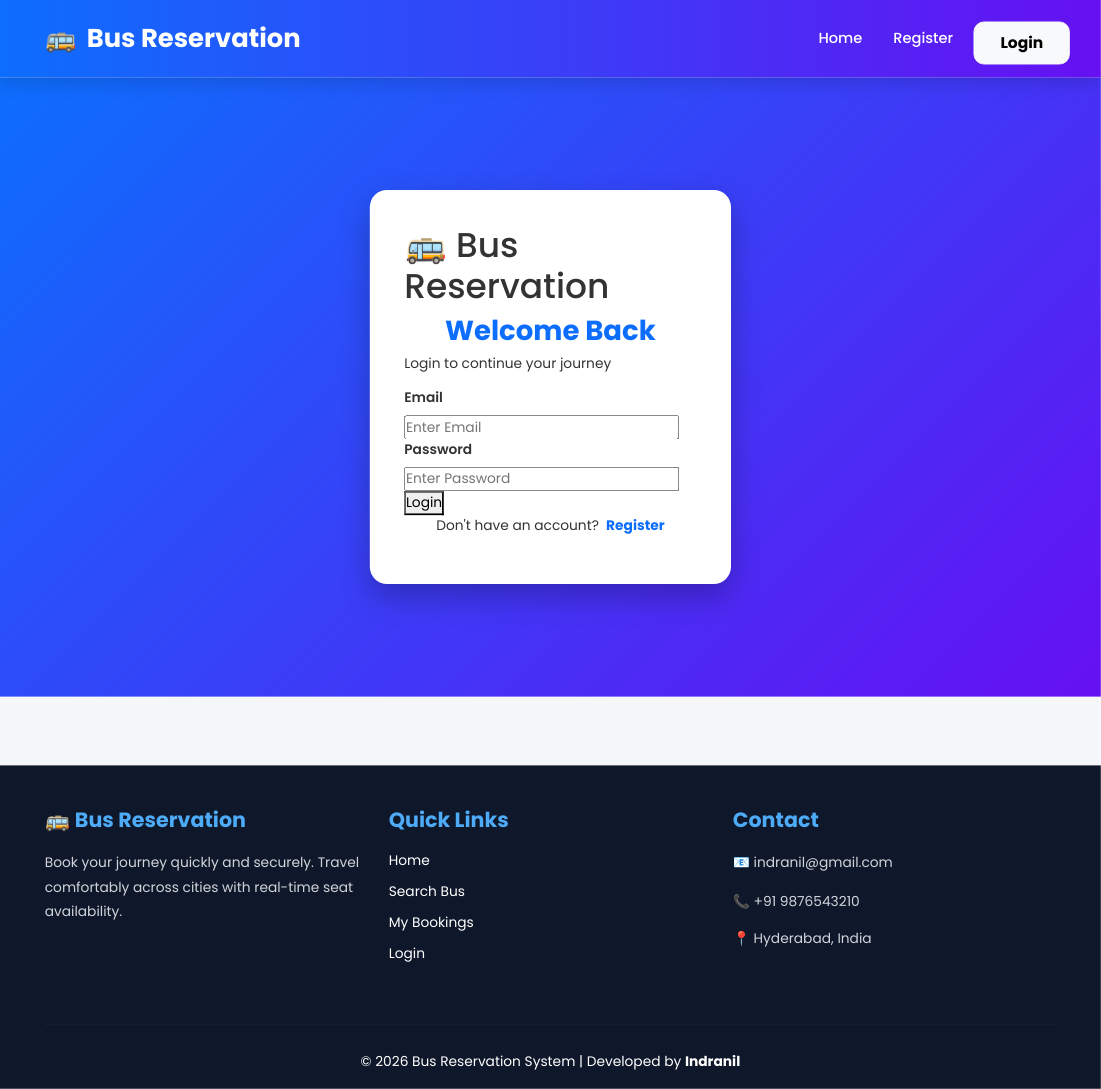
Repository: Eswarabhinay06/Bus-Reservation-System
Page: /login (app in AIML-09-Bus-Reservation-System-main/bus-reservation-frontend/)
The author's editor kept a copy of each file at every save. The page is drawn from the files as they stood at one save, then again after the next save.
The browser window is 1280 px wide. The pictures show the whole page, at 86% of full size.
The project was rebuilt for these pictures with package versions that can differ from the ones it lists, and the page was loaded fresh each time. Also part of the build but not shown: AIML-09-Bus-Reservation-System-main/bus-reservation-frontend/vite.config.js, AIML-09-Bus-Reservation-System-main/bus-reservation-frontend/src/styles/Hero.css, AIML-09-Bus-Reservation-System-main/bus-reservation-frontend/src/components/Hero.jsx, AIML-09-Bus-Reservation-System-main/bus-reservation-frontend/src/components/SearchBar.jsx, AIML-09-Bus-Reservation-System-main/bus-reservation-frontend/src/styles/BusCard.css, AIML-09-Bus-Reservation-System-main/bus-reservation-frontend/src/components/BusCard.jsx, AIML-09-Bus-Reservation-System-main/bus-reservation-frontend/src/styles/SeatSelection.css, AIML-09-Bus-Reservation-System-main/bus-reservation-frontend/src/components/SeatSelection.jsx and 7 more.

Above is the page before, as saved 2026-07-14 11:20:54.

### AIML-09-Bus-Reservation-System-main/bus-reservation-frontend/index.html
<!doctype html>
<html lang="en">

<head>

  <meta charset="UTF-8" />

  <meta
    name="viewport"
    content="width=device-width, initial-scale=1.0"
  />

  <title>Bus Reservation System</title>

  <meta
    name="description"
    content="Online Bus Reservation System"
  />

  <link
    rel="preconnect"
    href="https://fonts.googleapis.com"
  />

  <link
    rel="preconnect"
    href="https://fonts.gstatic.com"
    crossorigin
  />

  <link
    href="https://fonts.googleapis.com/css2?family=Poppins:wght@300;400;500;600;700;800&display=swap"
    rel="stylesheet"
  />

</head>

<body>

  <div id="root"></div>

  <script
    type="module"
    src="/src/main.jsx"
  ></script>

</body>

</html>

### AIML-09-Bus-Reservation-System-main/bus-reservation-frontend/src/main.jsx
import { StrictMode } from 'react'
import { createRoot } from 'react-dom/client'
import 'bootstrap/dist/css/bootstrap.min.css'   // Add this line
import './index.css'
import App from './App.jsx'
import "bootstrap-icons/font/bootstrap-icons.css";

createRoot(document.getElementById('root')).render(
  <StrictMode>
    <App />
  </StrictMode>,
)

### AIML-09-Bus-Reservation-System-main/bus-reservation-frontend/src/index.css
* {
  margin: 0;
  padding: 0;
  box-sizing: border-box;
  font-family: "Poppins", sans-serif;
}

body {
  background: #f5f7fb;
  overflow-x: hidden;
  color: #333;
}

a {
  text-decoration: none;
}

button {
  cursor: pointer;
}

img {
  max-width: 100%;
}

.container {
  max-width: 1200px;
}

### AIML-09-Bus-Reservation-System-main/bus-reservation-frontend/src/App.jsx
import { BrowserRouter, Routes, Route } from "react-router-dom";

import Navbar from "./components/Navbar";
import Footer from "./components/Footer";
import SearchBus from "./pages/SearchBus";
import Register from "./pages/Register";
import Login from "./pages/Login";
import MyBookings from "./pages/MyBookings";
import AddBus from "./pages/AddBus";

function App() {
  return (
    <BrowserRouter>

      <Navbar />

      <Routes>

        <Route path="/" element={<SearchBus />} />

        <Route
          path="/register"
          element={<Register />}
        />

        <Route
          path="/login"
          element={<Login />}
        />

        <Route
          path="/my-bookings"
          element={<MyBookings />}
        />

        <Route
          path="/add-bus"
          element={<AddBus />}
        />

      </Routes>

      <Footer />

    </BrowserRouter>
  );
}

export default App;

### AIML-09-Bus-Reservation-System-main/bus-reservation-frontend/src/components/Navbar.jsx
import { Link, useNavigate } from "react-router-dom";
import "../styles/Navbar.css";

function Navbar() {
  const navigate = useNavigate();
  const user = JSON.parse(localStorage.getItem("user"));

  const logout = () => {
    localStorage.removeItem("user");
    alert("Logged out Successfully!");
    navigate("/login");
  };

  return (
    <nav className="navbar navbar-expand-lg custom-navbar sticky-top">

      <div className="container">

        {/* Logo */}
        <Link className="navbar-brand" to="/">
          🚌 <span>Bus Reservation</span>
        </Link>

        {/* Mobile Toggle */}
        <button
          className="navbar-toggler"
          type="button"
          data-bs-toggle="collapse"
          data-bs-target="#navbarNav"
        >
          <span className="navbar-toggler-icon"></span>
        </button>

        {/* Menu */}
        <div className="collapse navbar-collapse" id="navbarNav">

          <ul className="navbar-nav ms-auto align-items-lg-center">

            <li className="nav-item">
              <Link className="nav-link" to="/">
                Home
              </Link>
            </li>

            {!user ? (
              <>
                <li className="nav-item">
                  <Link className="nav-link" to="/register">
                    Register
                  </Link>
                </li>

                <li className="nav-item">
                  <Link className="btn btn-light login-btn ms-lg-3" to="/login">
                    Login
                  </Link>
                </li>
              </>
            ) : (
              <>
                <li className="nav-item">
                  <Link className="nav-link" to="/my-bookings">
                    My Bookings
                  </Link>
                </li>

                <li className="nav-item">
                  <Link className="nav-link" to="/add-bus">
                    Add Bus
                  </Link>
                </li>

                <li className="nav-item">
                  <span className="welcome-text">
                    👋 {user.name}
                  </span>
                </li>

                <li className="nav-item">
                  <button
                    className="btn btn-danger logout-btn ms-lg-3"
                    onClick={logout}
                  >
                    Logout
                  </button>
                </li>
              </>
            )}

          </ul>

        </div>

      </div>

    </nav>
  );
}

export default Navbar;

### AIML-09-Bus-Reservation-System-main/bus-reservation-frontend/src/components/Footer.jsx
import "../styles/Footer.css";

function Footer() {
  return (
    <footer className="footer">

      <div className="container">

        <div className="row">

          {/* About */}
          <div className="col-md-4 mb-4">
            <h4>🚌 Bus Reservation</h4>
            <p>
              Book your journey quickly and securely.
              Travel comfortably across cities with
              real-time seat availability.
            </p>
          </div>

          {/* Quick Links */}
          <div className="col-md-4 mb-4">
            <h4>Quick Links</h4>

            <ul className="footer-links">
              <li>Home</li>
              <li>Search Bus</li>
              <li>My Bookings</li>
              <li>Login</li>
            </ul>
          </div>

          {/* Contact */}
          <div className="col-md-4 mb-4">
            <h4>Contact</h4>

            <p>📧 indranil@gmail.com</p>
            <p>📞 +91 9876543210</p>
            <p>📍 Hyderabad, India</p>
          </div>

        </div>

        <hr />

        <div className="text-center">
          © 2026 Bus Reservation System | Developed by <b>Indranil</b>
        </div>

      </div>

    </footer>
  );
}

export default Footer;

### AIML-09-Bus-Reservation-System-main/bus-reservation-frontend/src/pages/Login.jsx
import { useState } from "react";
import { Link, useNavigate } from "react-router-dom";
import api from "../services/api";
import "../styles/Login.css";

function Login() {
  const navigate = useNavigate();

  const [form, setForm] = useState({
    email: "",
    password: "",
  });

  const handleSubmit = async (e) => {
    e.preventDefault();

    if (!form.email || !form.password) {
      alert("Please enter Email and Password");
      return;
    }

    try {
      const response = await api.post("/auth/login", form);

      localStorage.setItem("user", JSON.stringify(response.data));

      alert("Welcome " + response.data.name);

      navigate("/");
    } catch (error) {
      console.error(error);
      alert("Invalid Email or Password");
    }
  };

  return (
    <div className="login-page">

      <div className="login-card">

        <h1 className="logo">
          🚌 Bus Reservation
        </h1>

        <h2>Welcome Back</h2>

        <p className="subtitle">
          Login to continue your journey
        </p>

        <form onSubmit={handleSubmit}>

          <label>Email</label>

          <input
            type="email"
            placeholder="Enter Email"
            value={form.email}
            onChange={(e) =>
              setForm({
                ...form,
                email: e.target.value,
              })
            }
          />

          <label>Password</label>

          <input
            type="password"
            placeholder="Enter Password"
            value={form.password}
            onChange={(e) =>
              setForm({
                ...form,
                password: e.target.value,
              })
            }
          />

          <button type="submit">
            Login
          </button>

        </form>

        <p className="register-link">
          Don't have an account?
          <Link to="/register"> Register</Link>
        </p>

      </div>

    </div>
  );
}

export default Login;

### AIML-09-Bus-Reservation-System-main/bus-reservation-frontend/src/styles/Navbar.css
.custom-navbar{
    background:linear-gradient(90deg,#0d6efd,#6610f2);
    padding:15px 0;
    box-shadow:0 5px 20px rgba(0,0,0,.15);
}

.navbar-brand{
    color:white !important;
    font-size:30px;
    font-weight:700;
    text-decoration:none;
}

.navbar-brand span{
    margin-left:5px;
}

.nav-link{
    color:white !important;
    font-size:17px;
    font-weight:500;
    margin-left:20px;
    transition:.3s;
}

.nav-link:hover{
    color:#ffd43b !important;
}

.login-btn{
    border-radius:30px;
    padding:10px 22px;
    font-weight:600;
}

.logout-btn{
    border-radius:30px;
    padding:10px 20px;
}

.welcome-text{
    color:#ffd43b;
    font-weight:bold;
    margin-left:20px;
}

.navbar-toggler{
    border:none;
}

.navbar-toggler:focus{
    box-shadow:none;
}

@media(max-width:992px){

.nav-link{
    margin-left:0;
    margin-top:10px;
}

.login-btn,
.logout-btn{
    margin-top:15px;
    width:100%;
}

.welcome-text{
    margin:15px 0;
    display:block;
}

}

### AIML-09-Bus-Reservation-System-main/bus-reservation-frontend/src/styles/Footer.css
.footer{
    background:#0f172a;
    color:white;
    padding:50px 0 20px;
    margin-top:80px;
}

.footer h4{
    margin-bottom:20px;
    color:#4dabf7;
    font-weight:bold;
}

.footer p{
    color:#d1d5db;
    line-height:1.8;
}

.footer-links{
    list-style:none;
    padding:0;
}

.footer-links li{
    margin-bottom:12px;
    cursor:pointer;
    transition:.3s;
}

.footer-links li:hover{
    color:#4dabf7;
    transform:translateX(5px);
}

.footer hr{
    border-color:#334155;
    margin:30px 0;
}

### AIML-09-Bus-Reservation-System-main/bus-reservation-frontend/src/services/api.js
import axios from "axios";

const api = axios.create({
  baseURL: "http://localhost:9090/api",
});

export default api;

### AIML-09-Bus-Reservation-System-main/bus-reservation-frontend/src/styles/Login.css
.login-page{

    min-height:100vh;
    display:flex;
    justify-content:center;
    align-items:center;
    background:linear-gradient(135deg,#0d6efd,#6610f2);

}

.login-card{

    background:white;
    width:420px;
    padding:40px;
    border-radius:20px;
    box-shadow:0 15px 35px rgba(0,0,0,.25);

}

.login-card h2{

    text-align:center;
    color:#0d6efd;
    font-weight:bold;

}

.login-card h4{

    text-align:center;
    margin-bottom:30px;

}

.login-card label{

    font-weight:600;
    margin-bottom:8px;

}

.login-card .form-control{

    height:50px;
    border-radius:12px;

}

.login-card .form-control:focus{

    border:2px solid #0d6efd;
    box-shadow:none;

}

.login-btn{

    width:100%;
    height:50px;
    border-radius:12px;
    font-size:18px;
    font-weight:bold;
    margin-top:10px;

}

.register-link{

    text-align:center;

}

.register-link a{

    text-decoration:none;
    font-weight:bold;
    margin-left:5px;

}

.register-link a:hover{

    text-decoration:underline;

}

### AIML-09-Bus-Reservation-System-main/bus-reservation-frontend/src/styles/SearchBar.css
.search-card{
    background:white;
    border-radius:20px;
    padding:30px;
    box-shadow:0 10px 30px rgba(0,0,0,.12);
    margin-top:-70px;
    position:relative;
    z-index:10;
}

.search-title{
    text-align:center;
    margin-bottom:30px;
    color:#0d6efd;
    font-weight:700;
}

.form-label{
    font-weight:600;
    margin-bottom:8px;
}

.form-control{
    height:50px;
    border-radius:12px;
    border:1px solid #ccc;
}

.form-control:focus{
    box-shadow:none;
    border:2px solid #0d6efd;
}

.btn{
    height:50px;
    border-radius:12px;
    font-weight:600;
}

@media(max-width:768px){

.search-card{
    margin-top:20px;
    padding:20px;
}

}

After the next save:
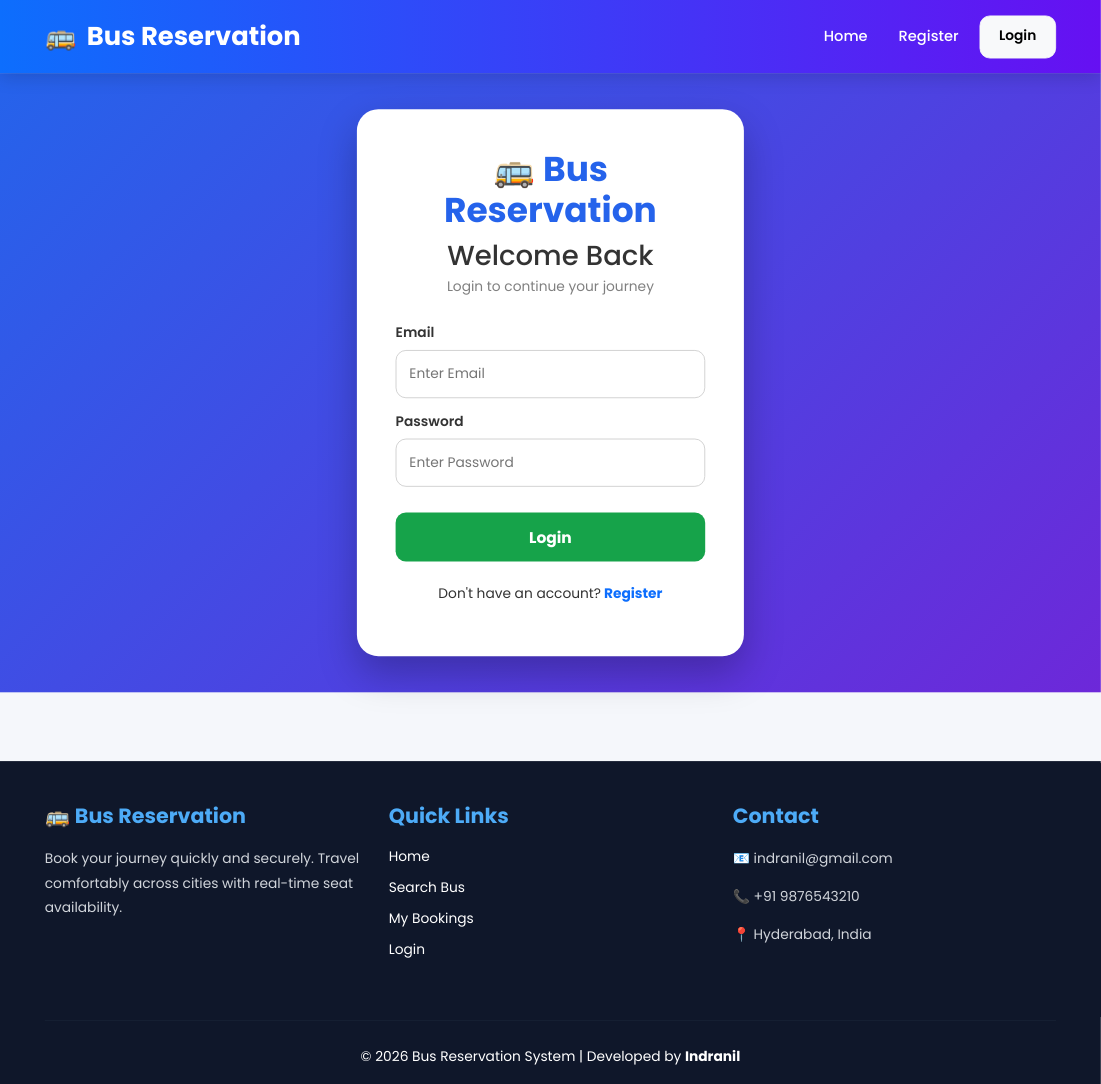
Saved 12 s later.
--- a/AIML-09-Bus-Reservation-System-main/bus-reservation-frontend/src/styles/Login.css
+++ b/AIML-09-Bus-Reservation-System-main/bus-reservation-frontend/src/styles/Login.css
@@ -1,86 +1,84 @@
 .login-page{
-
     min-height:100vh;
+    background:linear-gradient(135deg,#2563eb,#6d28d9);
     display:flex;
     justify-content:center;
     align-items:center;
-    background:linear-gradient(135deg,#0d6efd,#6610f2);
-
+    padding:40px;
 }
 
 .login-card{
+    width:450px;
+    background:white;
+    border-radius:25px;
+    padding:45px;
+    box-shadow:0 20px 45px rgba(0,0,0,.25);
+}
 
-    background:white;
-    width:420px;
-    padding:40px;
-    border-radius:20px;
-    box-shadow:0 15px 35px rgba(0,0,0,.25);
-
+.logo{
+    text-align:center;
+    color:#2563eb;
+    font-weight:700;
+    margin-bottom:10px;
 }
 
 .login-card h2{
-
     text-align:center;
-    color:#0d6efd;
-    font-weight:bold;
-
+    margin-bottom:5px;
 }
 
-.login-card h4{
-
+.subtitle{
     text-align:center;
+    color:gray;
     margin-bottom:30px;
-
 }
 
 .login-card label{
-
+    display:block;
     font-weight:600;
+    margin-top:15px;
     margin-bottom:8px;
-
 }
 
-.login-card .form-control{
-
-    height:50px;
+.login-card input{
+    width:100%;
+    padding:15px;
     border-radius:12px;
-
+    border:1px solid #ccc;
+    font-size:16px;
+    transition:.3s;
 }
 
-.login-card .form-control:focus{
-
-    border:2px solid #0d6efd;
-    box-shadow:none;
-
+.login-card input:focus{
+    outline:none;
+    border-color:#2563eb;
+    box-shadow:0 0 8px rgba(37,99,235,.3);
 }
 
-.login-btn{
-
+.login-card button{
     width:100%;
-    height:50px;
+    margin-top:30px;
+    padding:15px;
+    border:none;
     border-radius:12px;
+    background:#16a34a;
+    color:white;
     font-size:18px;
     font-weight:bold;
-    margin-top:10px;
+    transition:.3s;
+}
 
+.login-card button:hover{
+    background:#15803d;
+    transform:translateY(-2px);
 }
 
 .register-link{
-
     text-align:center;
-
+    margin-top:25px;
 }
 
 .register-link a{
-
     text-decoration:none;
     font-weight:bold;
-    margin-left:5px;
-
 }
-
-.register-link a:hover{
-
-    text-decoration:underline;
-
-}
